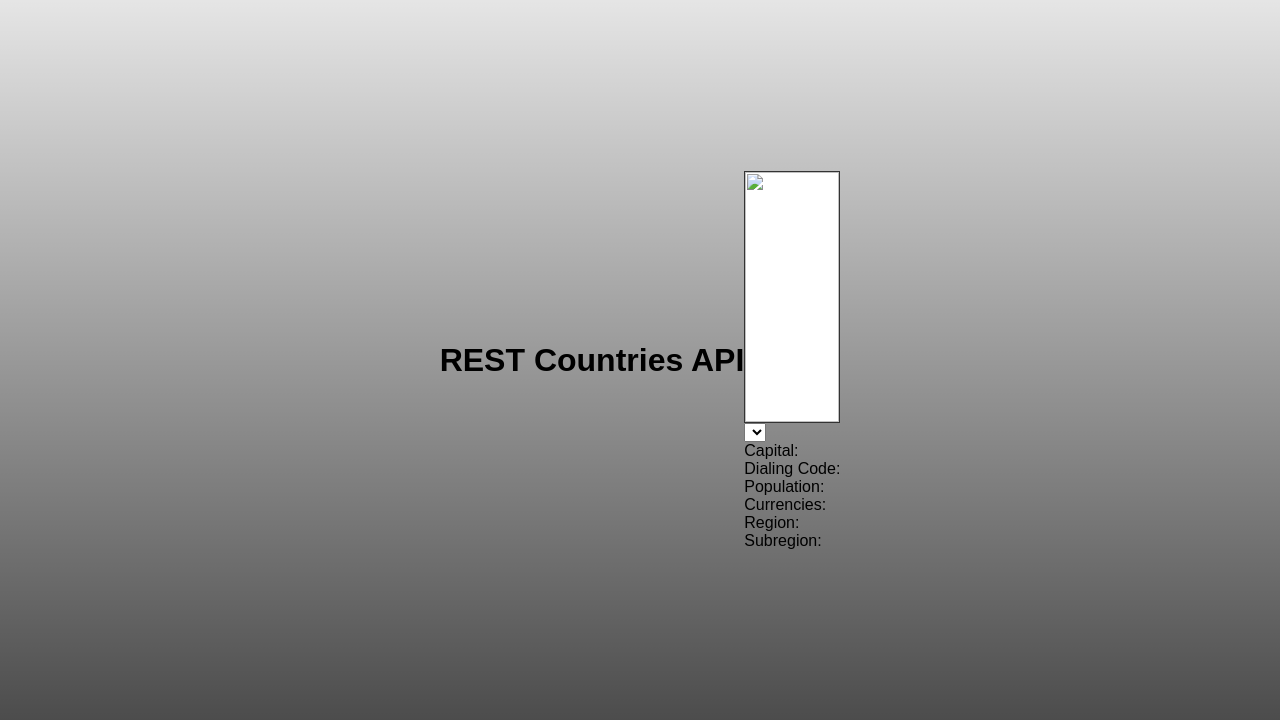
Repository: KhoaTran204/Rest-countries-api-app
Page: index.html
These files come from the project's save history. The page is drawn as it stood at one moment and after the next save; the edit follows.
The browser window is 1280 px wide. The pictures show the whole page.
The page's requests for data from a server got no answer.

Above is the page before, as saved 2024-04-14 08:31:55.

### index.html
<!DOCTYPE html>
<html lang="en">
  <head>
    <meta charset="UTF-8" />
    <meta name="viewport" content="width=device-width, initial-scale=1.0" />
    <link rel="stylesheet" href="style.css" />
    <title>Rest Countries API</title>
  </head>
  <body>
    <h1>REST Countries API</h1>
    <div id="main-container">
      <div id="flag-container">
        <img src="" alt="" />
      </div>
      <div id="info-container">
        <select id="countries"></select>
        <p>Capital: <span id="capital"></span></p>
        <p>Dialing Code: <span id="dialing-code"></span></p>
        <p>Population: <span id="population"></span></p>
        <p>Currencies: <span id="currencies"></span></p>
        <p>Region: <span id="region"></span></p>
        <p>Subregion: <span id="subregion"></span></p>
      </div>
    </div>
    <script src="app.js"></script>
  </body>
</html>

### style.css
* {
  margin: 0;
  padding: 0;
  box-sizing: border-box;
}

body {
  font-family: sans-serif;
  height: 100vh;
  display: flex;
  justify-content: center;
  align-items: center;
  /* background-color: to top, rgba(0, 0, 0, 0.7), rgba(0, 0, 0, 0.1); */
  background: linear-gradient(to top, rgba(0, 0, 0, 0.7), rgba(0, 0, 0, 0.1));
}

#flag-container {
  height: 252px;
  background-color: #fff;
  border: 1px solid #333;
}

#flag-container img {
  display: block;
  width: 100%;
  height: 100%;
}

### app.js
const countrieslist = document.getElementById("countries");
let countries;

countrieslist.addEventListener("change", (event) =>
  displayCountryInfo(event.target.value)
);

// fetch("https://restcountries.com/v2/all")
//   .then(function (res) {
//     console.log(res);
//     return res.json();
//   })
//   .then(function (data) {
//     console.log(data);
//     initialize(data);
//   })
//   .catch(function (err) {
//     console.log("Lỗi: ", err);
//   });
fetch("https://restcountries.com/v2/all").then((res) => {
  res
    .json()
    .then((data) => initialize(data))
    .catch((err) => console.log("Lỗi: ", err));
});
function initialize(countriesData) {
  countries = countriesData;
  let options = "";
  //   for (let i = 0; i < countries.length; i++) {
  //     options += `<option value="${countries[i].alpha3Code}">${countries[i].name}</option>`;
  //   }
  countries.forEach(
    (country) =>
      (options += `<option value="${country.alpha3Code}">${country.name}</option>`)
  );
  //   document.getElementById("countries").innerHTML = options;
  //   document.querySelector("countries").innerHTML = options;
  countrieslist.innerHTML = options;
  countrieslist.selectedIndex = Math.floor(
    Math.random() * countrieslist.length
  );
  displayCountryInfo(countrieslist[countrieslist.selectedIndex].value);
}

function displayCountryInfo(countryByAlpha3Code) {
  const countryData = countries.find(
    (country) => country.alpha3Code === countryByAlpha3Code
  );
  console.log(countryData);
  document.querySelector("#flag-container img").src = countryData.flag;
  document.querySelector(
    "#flag-container img"
  ).alt = `Flag of ${countryData.name}`;
  document.getElementById("capital").innerHTML = countryData.capital;
  document.getElementById(
    "dialing-code"
  ).innerHTML = `+ ${countryData.callingCodes[0]}`;
  document.getElementById("population").innerHTML =
    countryData.population.toLocaleString("en-US");
  document.getElementById("currencies").innerHTML = countryData.currencies
    .filter((c) => c.name)
    .map((c) => `${c.name} (${c.code})`)
    .join(", ");
  document.getElementById("region").innerHTML = countryData.region;
  document.getElementById("subregion").innerHTML = countryData.subregion;
}

After the next save:
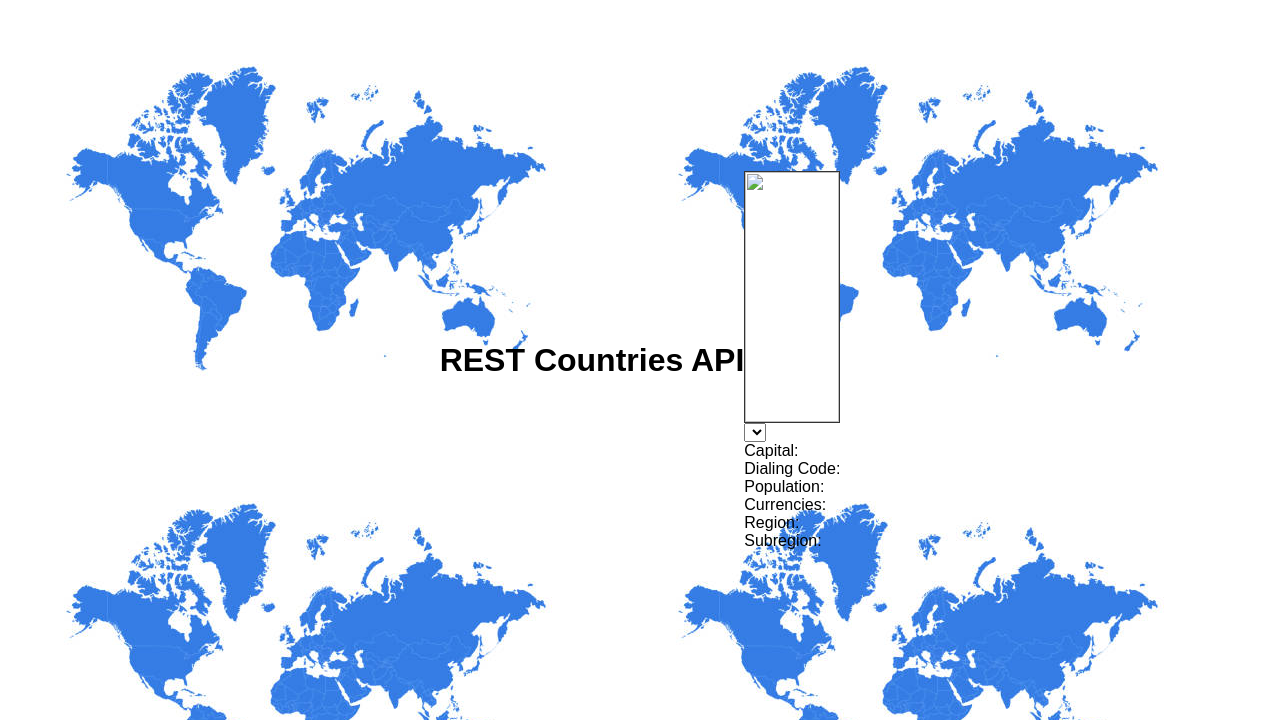
Saved 42 s later.
--- a/style.css
+++ b/style.css
@@ -10,8 +10,8 @@ body {
   display: flex;
   justify-content: center;
   align-items: center;
-  /* background-color: to top, rgba(0, 0, 0, 0.7), rgba(0, 0, 0, 0.1); */
   background: linear-gradient(to top, rgba(0, 0, 0, 0.7), rgba(0, 0, 0, 0.1));
+  background-image: url(anh/bando.jpg);
 }
 
 #flag-container {
